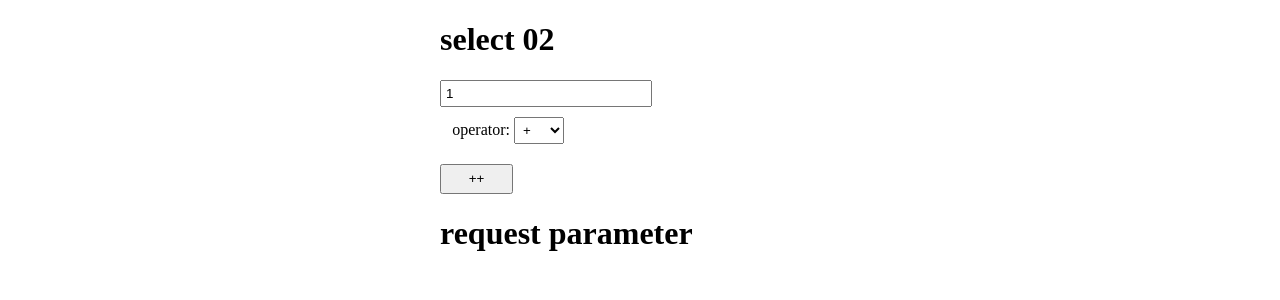
Repository: 5anniversary/JSPhw
Page: http://localhost/lecture1/form01/form1.jsp
An editor plug-in stored every save of this project. The page is shown before and after the next save, followed by the edit.
The browser window is 1280 px wide. The pictures show the whole page.
The page is served by Tomcat 9.

Above is the page before, as saved 2020-04-11 11:37:18.

After the next save:
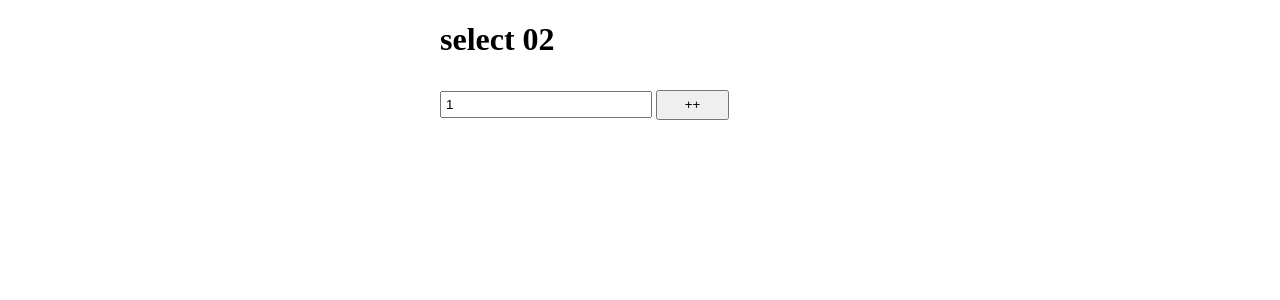
Saved 90 s later.
--- a/lecture1/WebContent/form01/form1.jsp
+++ b/lecture1/WebContent/form01/form1.jsp
@@ -1,4 +1,5 @@
-<%@ page language="java" contentType="text/html; charset=UTF-8" pageEncoding="UTF-8"%>
+<%@ page language="java" contentType="text/html; charset=UTF-8"
+	pageEncoding="UTF-8"%>
 <%@ page import="java.util.Date, java.text.SimpleDateFormat"%>
 <!DOCTYPE html>
 <html>
@@ -52,11 +53,6 @@ td, th {
 </head>
 <body>
 	<%
-		String s1 = request.getParameter("number1");
-	int number1 = (s1 == null) ? 0 : Integer.parseInt(s1);
-	String s2 = request.getParameter("number2");
-	int number2 = (s2 == null) ? 0 : Integer.parseInt(s2);
-	String cmd = request.getParameter("cmd");
 	int result = 0;
 	result++;
 	%>
@@ -64,21 +60,10 @@ td, th {
 		<form method="get">
 			<h1>select 02</h1>
 			<div>
-			 <input type="text" name="number" value="<%= result %>" />
-			</div>
-			<div>
-				<label>operator:</label> <select name="cmd">
-					<option value="+" <%="+".equals(cmd) ? "selected" : ""%>>+</option>
-					<option value="-" <%="-".equals(cmd) ? "selected" : ""%>>-</option>
-					<option value="*" <%="*".equals(cmd) ? "selected" : ""%>>*</option>
-					<option value="/" <%="/".equals(cmd) ? "selected" : ""%>>/</option>
-				</select>
-			</div>
-			<div>
+				<input type="text" name="number" value="<%= result %>" />
 				<button type="submit">++</button>
 			</div>
 		</form>
-		<h1>request parameter</h1>
 	</div>
 </body>
 </html>
